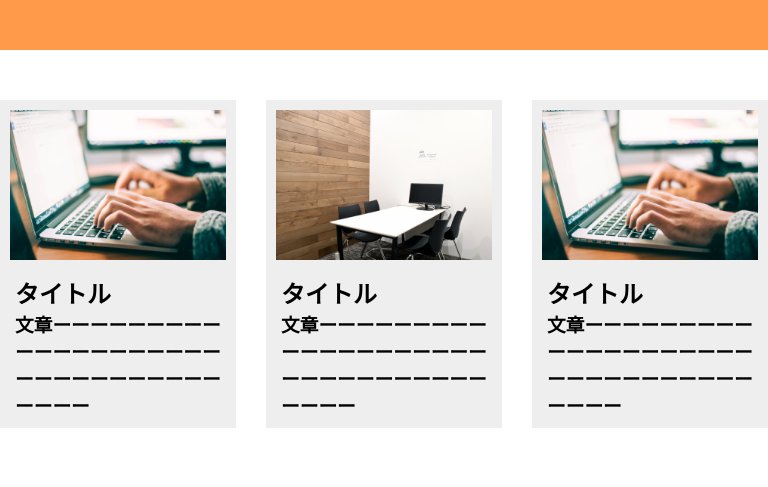
Repository: yuu3176/theme1
Page: 1-9-2/1-9-2.html
The author's editor kept a record of every edit. The page is drawn from the files as they stood at one moment, then again after the next edit.
The browser window is 768 px wide. The pictures show the whole page.

Above is the page before.

### 1-9-2/1-9-2.html
<!DOCTYPE html>
<html lang="ja">
  <head>
    <meta charset="utf-8">
    <link rel="stylesheet" href="1-9-2.css">
    <title>1-9-2</title>
  </head>

  <body>
    <header></header>
    <main>
      <div class="box">
        <div class="box-image1"></div>
        <section class="box-text">
          <h2>タイトル</h2>
          <h3>文章ーーーーーーーーーーーーーーーーーーーーーーーーーーーーーーーーーーー</h3>
        </section>
      </div>
      <div class="box">
        <div class="box-image2"></div>
        <section class="box-text">
          <h2>タイトル</h2>
          <h3>文章ーーーーーーーーーーーーーーーーーーーーーーーーーーーーーーーーーーー</h3>
        </section>
      </div>
      <div class="box">
        <div class="box-image1"></div>
        <section class="box-text">
          <h2>タイトル</h2>
          <h3>文章ーーーーーーーーーーーーーーーーーーーーーーーーーーーーーーーーーーー</h3>
        </section>
      </div>
    </main>
  </body>
</html>

### 1-9-2/1-9-2.css
*{
  margin: 0;
  padding: 0;
  box-sizing: border-box;
}

header{
  height: 50px;
  background-color: #ff9a4b;
}

main{
  width: 960px;
  margin: 50px auto;
  display: flex;
}

.box{
  width: 300px;
  margin-right: 30px;
  padding: 10px;
  position: relative;
  background-color: #eeeeee;
}

.box:last-child{
  margin-right: 0;
}

.box-step{
  position: absolute;
  top: 0;
  left: 0;
  background-color: #ff9a4b;
  color: #fff;
}

.box-image1{
  height: 150px;
  background-image: url(img/flow01.png);
  background-position: bottom;
  background-size: cover;
}

.box-image2{
  height: 150px;
  background-image: url(img/flow02.png);
  background-position: bottom;
  background-size: cover;
}

.box-image3{
  height: 150px;
  background-image: url(img/flow03.png);
  background-position: bottom;
  background-size: cover;
}

.box-text{
  margin: 15px 0 0 5px;
}

footer{
  height: 50px;
  background-color: #aaaaaa;
}

@media screen and (max-width:768px){
  header{
    width: 100%;
  }

  main{
    width: 100%;
    margin: 50px 0 50px;
  }

  .box{
    width: 90%;
  }

  .box-image1 .box-image2 .box-image3{
    height: 150px;
  }

  footer{
    width: 100%;
  }
}

After the next edit:
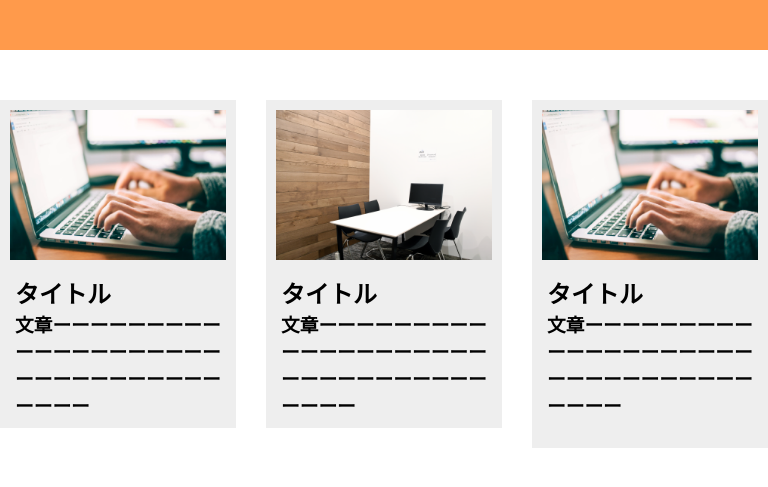
The edit:
--- a/1-9-2/1-9-2.css
+++ b/1-9-2/1-9-2.css
@@ -77,6 +77,11 @@
 
   .box{
     width: 90%;
+    margin-bottom: 20px;
+  }
+
+  .box:last-child{
+    margin-bottom: 0;
   }
 
   .box-image1 .box-image2 .box-image3{
